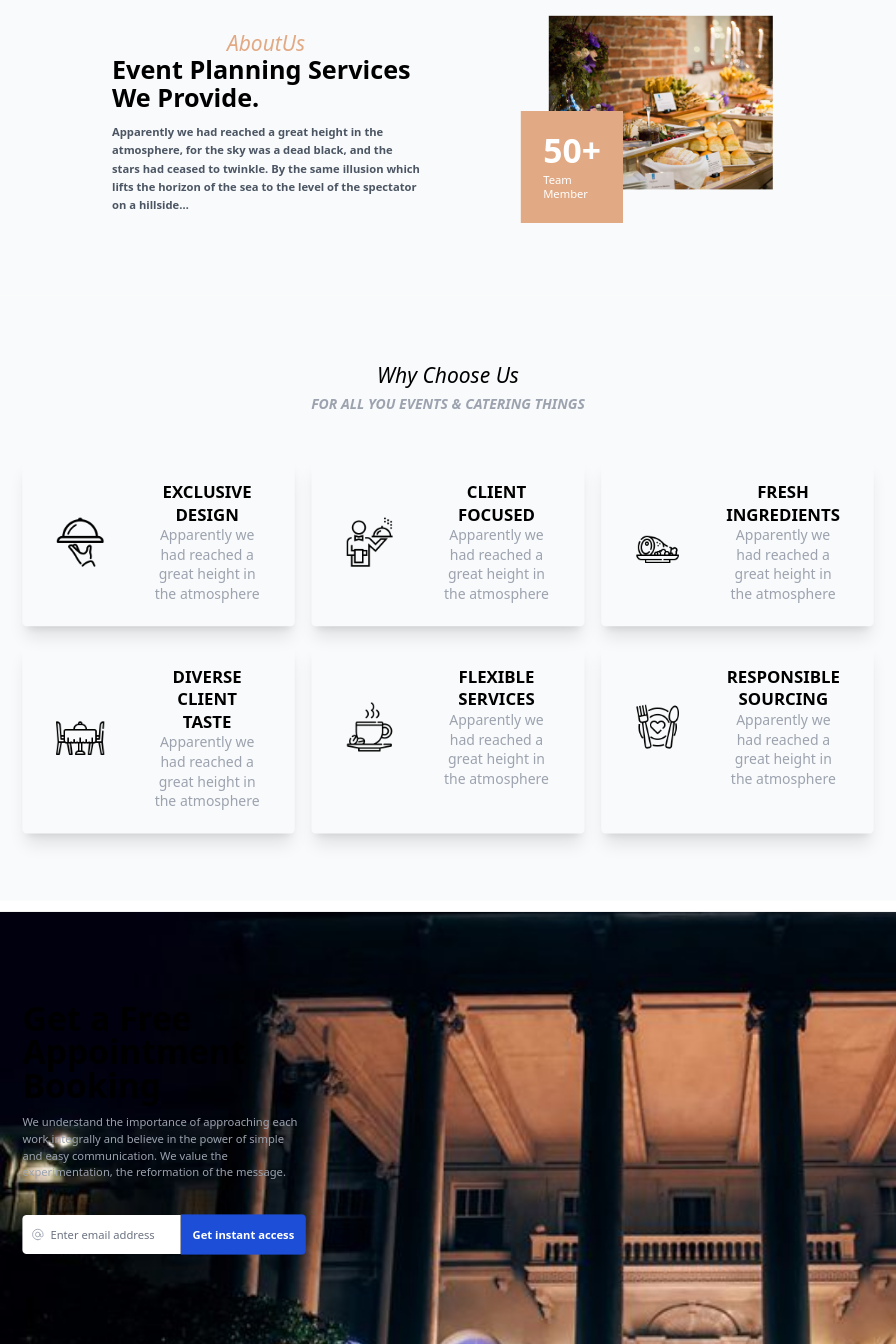
Repository: remydev47/grandes-events
Page: /
The author's editor kept a copy of each file at every save. The page is drawn from the files as they stood at one save, then again after the next save.
The browser window is 1280 px wide. The pictures show the part of the page from y = 1882 to 3802 px (the page is 3802 px tall), at 70% of full size.
The project was rebuilt for these pictures with package versions that can differ from the ones it lists, and the page was loaded fresh each time. Also part of the build but not shown: vite.config.js, src/components/Team.jsx, src/components/Testimonials.jsx, src/components/Menu.jsx, src/components/Footer.jsx, src/components/Blog.jsx.

Above is the page before, as saved 2023-02-08 16:58:57.

After the next save:
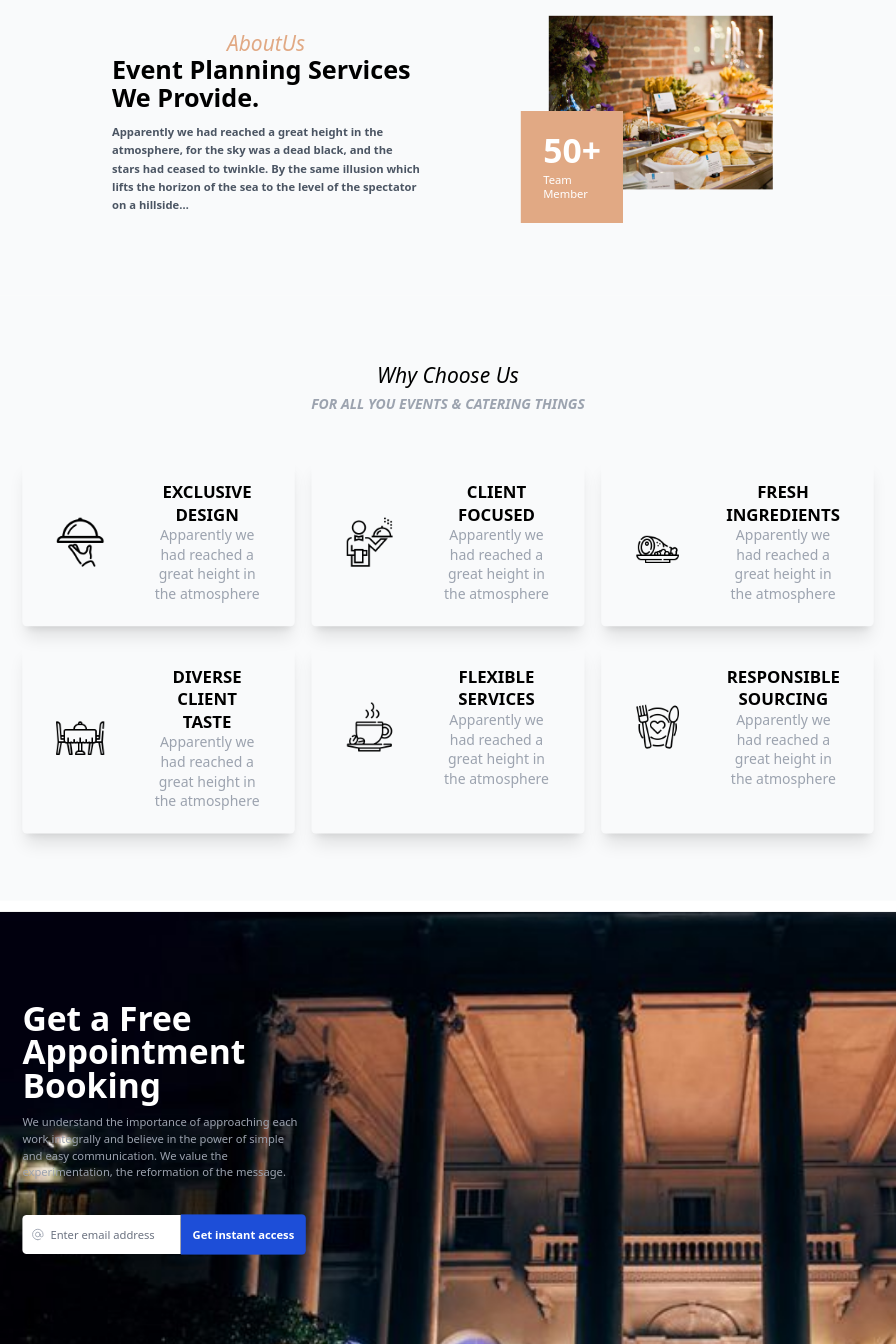
Saved 15 s later.
--- a/src/components/CTA.jsx
+++ b/src/components/CTA.jsx
@@ -10,7 +10,7 @@ const CTA = () => {
 
      <div className="relative px-4 mx-auto sm:px-6 lg:px-8 max-w-7xl">
       <div className="text-center md:w-2/3 lg:w-1/2 xl:w-1/3 md:text-left">
-         <h2 className="text-3xl font-bold leading-tight text-black sm:text-4xl lg:text-5xl">Get a Free Appointment Booking</h2>
+         <h2 className="text-3xl font-bold leading-tight text-white sm:text-4xl lg:text-5xl">Get a Free Appointment Booking</h2>
          <p className="mt-4 text-base text-gray-400">
          We understand the importance of approaching each work integrally and believe in the power of simple and easy communication. We value the experimentation, the reformation of the message.
          </p>
